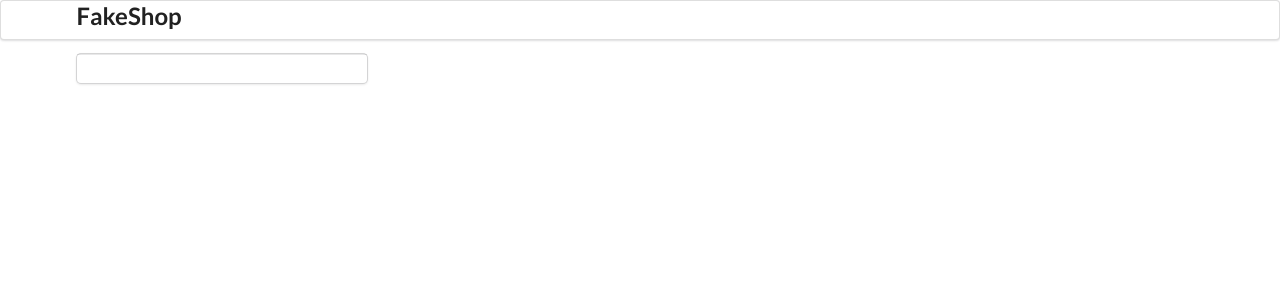
Repository: Bhanupratap02/react-redux-shoping-practice-project
Page: /
The author's editor kept a copy of each file at every save. The page is drawn from the files as they stood at one save, then again after the next save.
The browser window is 1280 px wide. The pictures show the whole page.
The project was rebuilt for these pictures with package versions that can differ from the ones it lists, and the page was loaded fresh each time. Also part of the build but not shown: src/components/ProductDetails.js.

Above is the page before, as saved 2022-03-06 21:21:31.

### public/index.html
<!DOCTYPE html>
<html lang="en">
  <head>
    <meta charset="utf-8" />
    <link rel="icon" href="%PUBLIC_URL%/favicon.ico" />
    <meta name="viewport" content="width=device-width, initial-scale=1" />
    <meta name="theme-color" content="#000000" />
    <meta
      name="description"
      content="Web site created using create-react-app"
    />
    <link rel="apple-touch-icon" href="%PUBLIC_URL%/logo192.png" />

  <link rel="stylesheet" href="https://cdnjs.cloudflare.com/ajax/libs/semantic-ui/2.4.1/semantic.min.css"
    integrity="sha512-8bHTC73gkZ7rZ7vpqUQThUDhqcNFyYi2xgDgPDHc+GXVGHXq+xPjynxIopALmOPqzo9JZj0k6OqqewdGO3EsrQ=="
    crossorigin="anonymous" referrerpolicy="no-referrer" />
    <title>React App</title>
  </head>
  <body>
    <noscript>You need to enable JavaScript to run this app.</noscript>
    <div id="root"></div>

  </body>
</html>

### src/index.js
import React from 'react';
import ReactDOM from 'react-dom';
import App from './App';
import {Provider} from "react-redux"
import store from "./redux/store"

ReactDOM.render(
  <React.StrictMode>
    <Provider store={store}>
    <App />
    </Provider>
  </React.StrictMode>,
  document.getElementById('root')
);

### src/App.js
import { BrowserRouter as Router,Switch, Route, Link } from 'react-router-dom';
import './App.css';
import Header from './components/Header';
import ProductDetails from './components/ProductDetails';
import { ProductListing } from './components/ProductListing';

function App() {
  return (

    <div className="App">
      <Router>
      <Header/>
      <Switch>

        <Route exact  path='/' exact component={ProductListing}/>
        <Route path='/product/:productId' exact  component={ProductDetails}/>
        <Route>404 page not found</Route>

      </Switch>
    </Router>
    </div>

  );
}

export default App;

### src/redux/store.js
import { createStore } from "redux";
import reducers from "./reducers/combinedReducer";

const store = createStore(reducers,{},  window.__REDUX_DEVTOOLS_EXTENSION__ && window.__REDUX_DEVTOOLS_EXTENSION__()
    );
export default store;

### src/components/Header.js
import React from 'react'

const  Header = () =>{
  return (
    <div className='ui  menu'>
     <div className='ui
      container center'>
     <h2>FakeShop</h2>
     </div>
    </div>
  );
}

export default Header

### src/components/ProductListing.js
import React from 'react'
import { useSelector } from 'react-redux'
import ProductComponent from './ProductComponent';

 export  const  ProductListing = () => {
 const products = useSelector((state) => state);
 console.log(products);

  return (
      <>
    <div className='ui grid container'>
        <ProductComponent/>
    </div>
    </>
  )
}

### src/redux/reducers/combinedReducer.js
import { combineReducers } from "redux";
import { productReducer } from "./productReducer";
 const reducers =combineReducers({
    allproducts:productReducer,
})

export default reducers;

### src/components/ProductComponent.js
import React from 'react'
import { useSelector } from 'react-redux'
const  ProductComponent =() => {
     const products = useSelector((state) => state.allproducts.product);
   const {id,title} = products[0];
  return (
    <div className='four column wide'>
    <div className='ui link cards'>
   <div className='card'>
    <div className='image'></div>
   <div className='content'>
   <div className='header'>{}</div>
   </div>
   </div>
    </div>
     </div>
  )
}

export default ProductComponent

### src/redux/reducers/productReducer.js
import { SET_PRODUCTS} from "../constansts/action-type";

const initialstate ={
    product:[
        {
            id:1,
            title:"sachin",
            category:"programer"
        }
    ],

}
 export const productReducer = (state = initialstate,{type,payload}) =>{
switch (type ) {
    case SET_PRODUCTS:
     return state;
    default:
        return state;
}
 }

### src/redux/constansts/action-type.js
export const SET_PRODUCTS ="SET_PRODUCTS"

Loaded but not shown: src/App.css (common file)

After the next save:
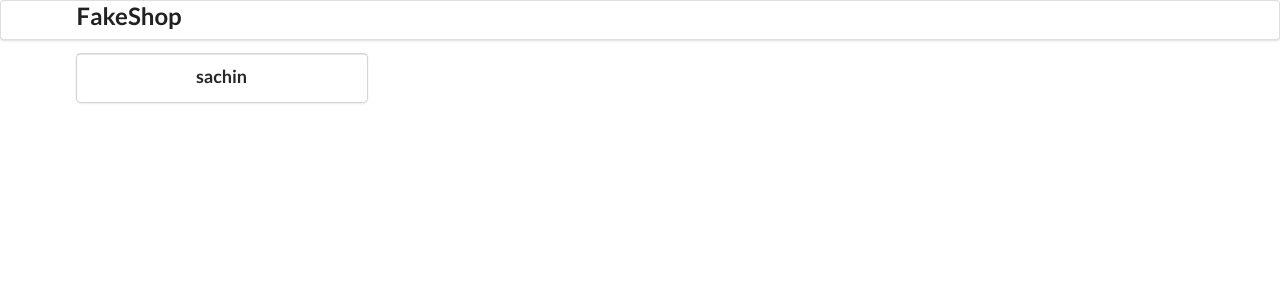
Saved 5 s later.
--- a/src/components/ProductComponent.js
+++ b/src/components/ProductComponent.js
@@ -9,7 +9,7 @@
    <div className='card'>
     <div className='image'></div>
    <div className='content'>
-   <div className='header'>{}</div>
+   <div className='header'>{title}</div>
    </div>
    </div>
     </div>
